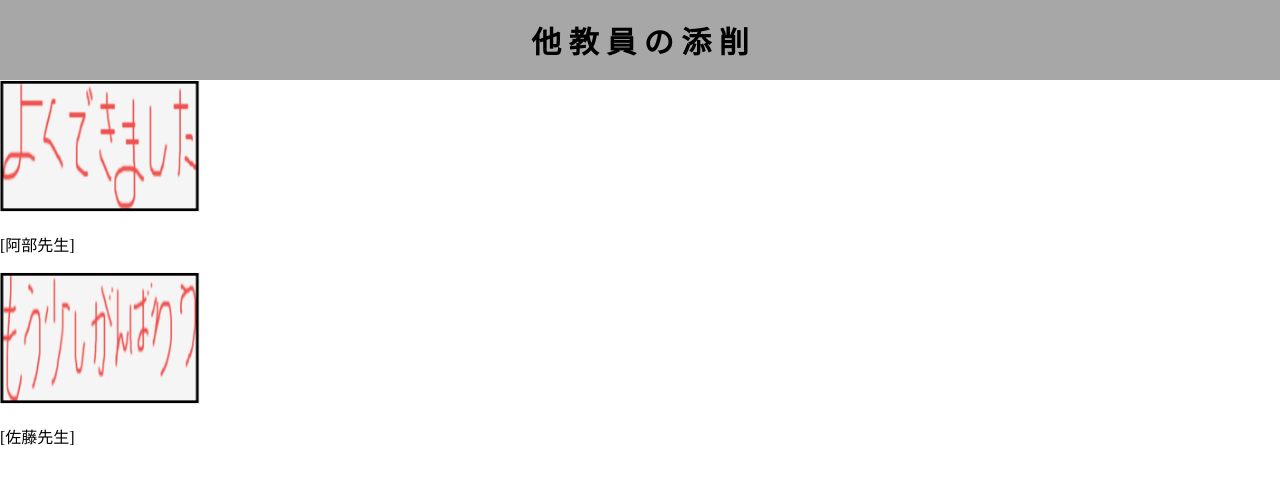
Repository: k-murakami18/canvas_v2
Page: teacher.html
An editor plug-in stored every save of this project. The page is shown before and after the next save, followed by the edit.
The browser window is 1280 px wide. The pictures show the whole page.

Above is the page before, as saved 2021-01-12 15:50:18.

### teacher.html
<!DOCTYPE html>
<html lang="en">

<head>
  <meta charset="UTF-8">
  <title>添削支援システム</title>
  <link rel="stylesheet" href="css/jquery-ui-1.8.16.custom.css" />
  <link rel="stylesheet" href="./style.css">
  <link rel="stylesheet" href="https://cdn.jsdelivr.net/npm/simplebar@latest/dist/simplebar.css">
  <script src="//cdnjs.cloudflare.com/ajax/libs/jspdf/1.3.3/jspdf.min.js"></script>
  <script src="js/jquery.1.6.4.min.js"></script>
  <script src="js/jquery-ui-1.8.16.custom.min.js"></script>
  <script type="text/javascript" src="./dist/fabric.js"></script>
  <script type="text/javascript" src="./dist/fabric.min.js"></script>
</head>

<body>
  <!--タイトル-->
  <div class="subtitle_container">
    <h1 id="title">他 教 員 の 添 削</h1>
  </div>

  <div class="teacher_preview">
    <img src="img/ok.png">
    <p>[阿部先生]</p>
  </div>
  <div class="teacher_preview">
    <img src="img/bad.png">
    <p>[佐藤先生]</p>
  </div>

</body>

</html>

### style.css
body{
  margin:0;
}

/*タイトルコンテナ*/
.title_container{
  width: 100%;
  height: 150px;
  font-size: 20px;
  display: flex;
  background-color: #A7A7A7;
  justify-content: center; /*左右中央*/
  align-items: center; /*上下中央*/
  margin-bottom: 100px;
  margin-left: 0;
  margin-right: 0;
}

.subtitle_container{
  width: 100%;
  height: 80px;
  font-size: 15px;
  display: flex;
  background-color: #A7A7A7;
  justify-content: center; /*左右中央*/
  align-items: center; /*上下中央*/
  margin-left: 0;
  margin-right: 0;
}

/*ボタンコンテナ*/
.button_container{
  width: 50px;
  height: 602px;
  background-color: #DADADA;
  margin-bottom: 5px;
  margin-right: 5px;
}

/*各ボタンの設定*/
.btn-box,.btn_box{
  display: inline-block;
  widows: 25px;
  height: 25px;
  border: 1px black solid;
  padding: 2px;
  border-radius: 5px;
}
.btn_box_black{
  display: inline-block;
  widows: 25px;
  height: 25px;
  border: 1px white solid;
  padding: 2px;
  border-radius: 5px;
}
.select{
  margin-top: 10px;
  margin-left: 9px;
}
.aaa{
  margin-top: 0px;
  margin-left: 9px;
}
.margin{
  margin-top: 10px;
  margin-left: 9px;
}

/*ボタン枠線削除*/
input:focus {
	outline:0;
}

/*キャンバス*/
canvas {
	position: relative;
	border:1px solid #000;
}

/*保存履歴コンテナ*/
.history_container{
  height: 600px;
  width: 330px;
  background-color: whitesmoke;
  border: 1px solid black;
  margin-left: 10px;
}

/*保存履歴タイトル*/
#title_tmpList{
  margin-top: 2px;
  margin-left: 10px;
  margin-bottom: 2px;
  font-weight: bolder;
  text-align: center;
}
.subtitle_tmpList{
  margin-top: 3px;
  margin-bottom: 3px;
  font-weight: bolder;
  font-size: 13px;
  text-align: center;
}

/*「保存履歴」の下線*/
.hr{
  border-bottom: 1px solid black;
  width: 93%;
  margin-left: auto;
  margin-right: auto;
}
/*「ブックマーク」「添削保存」の下線*/
.hr2{
  border-bottom: 1px solid black;
  width: 83%;
  margin-left: auto;
  margin-right: auto;
}

#bookmark_viewpanel{
  height: 539px;
  width: 100px;
  background-color: whitesmoke;
  margin-top: 5px;
}

#normal_viewpanel{
  height: 539px;
  width: 190px;
  background-color: whitesmoke;
  margin-top: 5px;
}

#bookmark_tmp{
  border-right: 1px solid black;
}

.tmpImage{
  border: 1px solid black;
  margin-left: 10px;
}

#setColor li{
  display: inline-block;
  width: 25px;
  height: 25px;
  border:1px solid #000;
}

.button{
  height: 100px;
  font-size: 20px;
  font-weight: bold;
  margin: auto;
  display: flex;
  justify-content: center;
  align-items: center;
  text-decoration: none;
  background: #f7f7f7;
  color: black;/*文字色*/
  font-weight: bold;
  box-shadow: 0px 2px 2px rgba(0, 0, 0, 0.29);
}
.button:active {
  box-shadow: inset 0 0 2px rgba(128, 128, 128, 0.1);
  transform: translateY(2px);
}

#anno_btn{
  width: 150px;
  padding-left: 50px;
  padding-right: 50px;
}
#oth_teacher_btn{
  width: 200px;
  padding-left: 20px;
  padding-right: 20px;
}
#submit_btn{
  width: 200px;
  padding-left: 30px;
  padding-right: 30px;
}
body .btn_name{
  display: flex;
  justify-content: center;
}

#preview img {
  width: 400px;
  margin: 20px;
  border: solid 0.5px gray ;
}

#file{
  margin-top: 10px;
  margin-left: 20px;
}

#table{
  text-align: center;
  border: solid 1px gray ;
  margin: auto;
  margin-top: 20px;
}

.teacher_preview img{
  width: 200px;

}

Loaded but not shown: css/jquery-ui-1.8.16.custom.css (library); js/jquery.1.6.4.min.js (library); js/jquery-ui-1.8.16.custom.min.js (library); dist/fabric.js (library); dist/fabric.min.js (library)

After the next save:
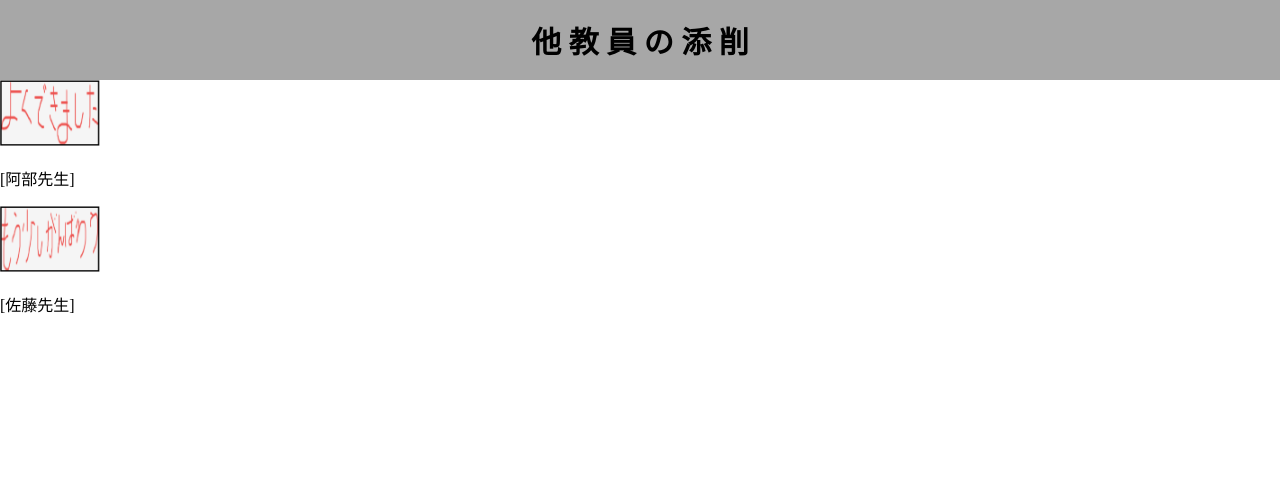
Saved 5 s later.
--- a/style.css
+++ b/style.css
@@ -206,6 +206,6 @@ body .btn_name{
 }
 
 .teacher_preview img{
-  width: 200px;
-
-}
+  width: 100px;
+
+}
